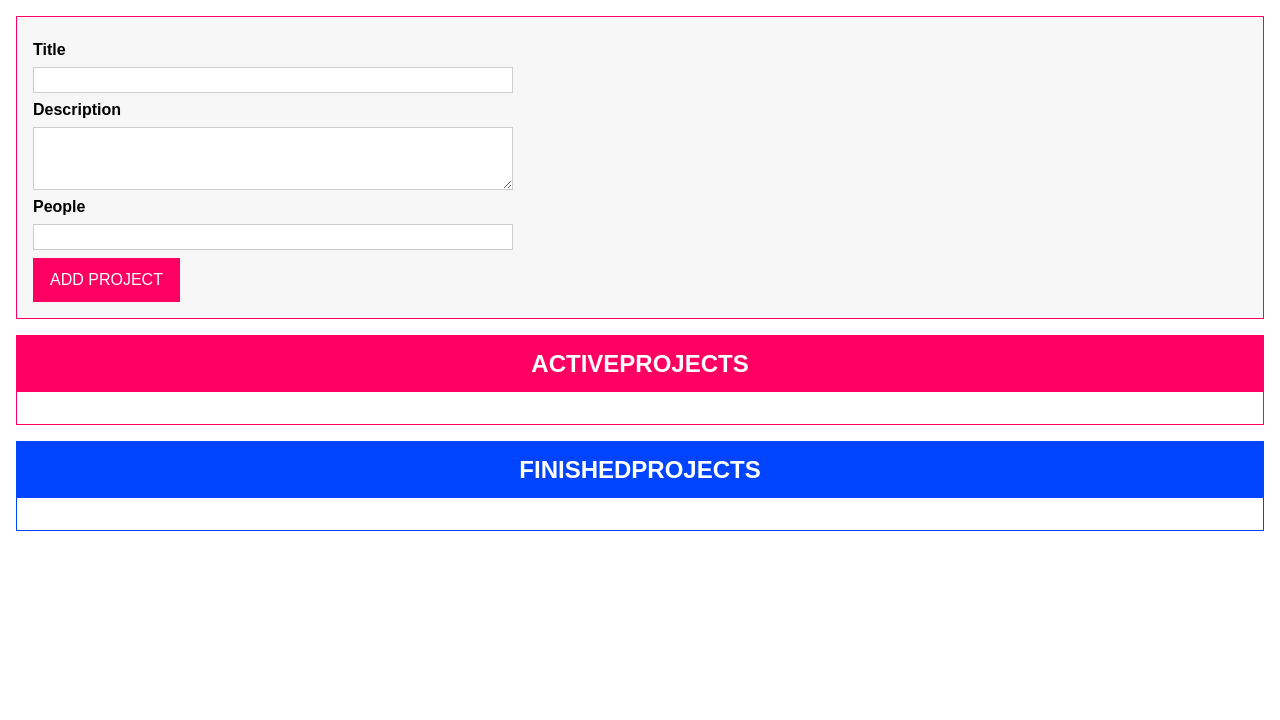
Repository: Mrkewl/drag-drop-UI-TypeScript
Page: /
The author's editor kept a copy of each file at every save. The page is drawn from the files as they stood at one save, then again after a run of saves.
The browser window is 1280 px wide. The pictures show the whole page.
The project was rebuilt for these pictures with package versions that can differ from the ones it lists, and the page was loaded fresh each time. Also part of the build but not shown: webpack.config.js.

Above is the page before, as saved 2022-05-04 19:55:27.

### index.html
<!DOCTYPE html>
<html lang="en">
  <head>
    <meta charset="UTF-8" />
    <meta name="viewport" content="width=device-width, initial-scale=1.0" />
    <meta http-equiv="X-UA-Compatible" content="ie=edge" />
    <title>ProjectManager</title>
    <link rel="stylesheet" href="app.css" />
    <script src="dist/app.js" defer></script>
  </head>
  <body>
    <template id="project-input">
      <form>
        <div class="form-control">
          <label for="title">Title</label>
          <input type="text" id="title" />
        </div>
        <div class="form-control">
          <label for="description">Description</label>
          <textarea id="description" rows="3"></textarea>
        </div>
        <div class="form-control">
          <label for="people">People</label>
          <input type="number" id="people" step="1" min="0" max="10" />
        </div>
        <button type="submit">ADD PROJECT</button>
      </form>
    </template>
    <template id="single-project">
      <li></li>
    </template>
    <template id="project-list">
      <section class="projects">
        <header>
          <h2></h2>
        </header>
        <ul></ul>
      </section>
    </template>
    <div id="app"></div>
  </body>
</html>

### src/app.ts
enum ProjectStatus {
  Active,
  Finished,
}

class Project {
  constructor(
    public id: string,
    public title: string,
    public description: string,
    public people: number,
    public status: ProjectStatus
  ) {}
}

type Listener = (items: Project[]) => void;

class ProjectState {
  private listeners: Listener[] = [];
  private projects: Project[] = [];
  private static instance: ProjectState;
  private constructor() {}
  static getInstance() {
    if (this.instance) {
      return this.instance;
    }
    this.instance = new ProjectState();
    return this.instance;
  }

  addListener(listenerFn: Listener) {
    this.listeners.push(listenerFn);
  }

  addProject(title: string, description: string, numOfPeople: number) {
    const newProject = new Project(
      Math.random().toString(),
      title,
      description,
      numOfPeople,
      ProjectStatus.Active
    );
    this.projects.push(newProject);
    for (const listenerFn of this.listeners) {
      listenerFn(this.projects.slice());
    }
  }
}

const projectState = ProjectState.getInstance();

interface Validatable {
  value: string | number;
  required?: boolean;
  minLength?: number;
  maxLength?: number;
  min?: number;
  max?: number;
}

function validate(validatableInput: Validatable) {
  let isValid = true;
  if (validatableInput.required) {
    isValid = isValid && validatableInput.value.toString().trim().length !== 0;
  }
  if (
    validatableInput.minLength != null &&
    typeof validatableInput.value === "string"
  ) {
    isValid =
      isValid && validatableInput.value.length >= validatableInput.minLength;
  }
  if (
    validatableInput.maxLength != null &&
    typeof validatableInput.value === "string"
  ) {
    isValid =
      isValid && validatableInput.value.length <= validatableInput.maxLength;
  }
  if (
    validatableInput.min != null &&
    typeof validatableInput.value === "number"
  ) {
    isValid = isValid && validatableInput.value >= validatableInput.min;
  }
  if (
    validatableInput.max != null &&
    typeof validatableInput.value === "number"
  ) {
    isValid = isValid && validatableInput.value >= validatableInput.max;
  }
  return isValid;
}

function Autobind(_: any, _2: string | Symbol, descriptor: PropertyDescriptor) {
  const originalMethod = descriptor.value;
  const adjDescriptor: PropertyDescriptor = {
    configurable: true,
    enumerable: false,
    get() {
      const boundFn = originalMethod.bind(this);
      return boundFn;
    },
  };
  return adjDescriptor;
}
abstract class Component<T extends HTMLElement, U extends HTMLElement> {
  templateElement: HTMLTemplateElement;
  hostElement: T;
  element: U;
  constructor(
    templateId: string,
    hostElementId: string,
    insertAtStart: boolean,
    newElementId?: string
  ) {
    this.templateElement = (<HTMLTemplateElement>(
      document.getElementById(templateId)!
    ))! as HTMLTemplateElement;
    this.hostElement = document.getElementById(hostElementId)! as T;
    const importedNode = document.importNode(
      this.templateElement.content,
      true
    );
    this.element = importedNode.firstElementChild as U;
    if (newElementId) {
      this.element.id = newElementId;
    }
    this.attach(insertAtStart);
  }

  private attach(insertAtBeginning: boolean) {
    this.hostElement.insertAdjacentElement(
      insertAtBeginning ? "afterbegin" : "beforeend",
      this.element
    );
  }

  abstract configure(): void;
  abstract renderContent(): void;
}

class ProjectList extends Component<HTMLDivElement, HTMLElement> {
  assignedProjects: Project[];
  constructor(private type: "active" | "finished") {
    super("project-list", "app", false, `${type}-projects`);

    this.assignedProjects = [];
    this.configure();
    this.renderContent();
  }

  private renderProjects() {
    const listEl = document.getElementById(
      `${this.type}-projects-list`
    )! as HTMLUListElement;
    listEl.innerHTML = "";
    for (const prjItem of this.assignedProjects) {
      const listItem = document.createElement("li");
      listItem.textContent = prjItem.title;
      listEl.appendChild(listItem);
    }
  }

  configure(): void {
    projectState.addListener((projects: Project[]) => {
      const relevantProjects = projects.filter((prj) => {
        if (this.type === "active") {
          return prj.status == ProjectStatus.Active;
        }
        return prj.status == ProjectStatus.Finished;
      });
      this.assignedProjects = relevantProjects;
      this.renderProjects();
    });
}
  renderContent() {
    const listId = `${this.type}-projects-list`;
    this.element.querySelector("ul")!.id = listId;
    this.element.querySelector("h2")!.textContent =
      this.type.toUpperCase() + "PROJECTS";
  }
}

class ProjectInput {
  templateElement: HTMLTemplateElement;
  hostElement: HTMLDivElement;
  element: HTMLFormElement;

  titleInputElement: HTMLInputElement;
  descriptionInputElement: HTMLInputElement;
  peopleInputElement: HTMLInputElement;

  constructor() {
    this.templateElement = (<HTMLTemplateElement>(
      document.getElementById("project-input")!
    )) as HTMLTemplateElement;
    this.hostElement = document.getElementById("app")! as HTMLDivElement;

    const importedNode = document.importNode(
      this.templateElement.content,
      true
    );
    this.element = importedNode.firstElementChild as HTMLFormElement;
    this.element.id = "user-input";
    this.titleInputElement = this.element.querySelector(
      "#title"
    ) as HTMLInputElement;
    this.descriptionInputElement = this.element.querySelector(
      "#description"
    ) as HTMLInputElement;
    this.peopleInputElement = this.element.querySelector(
      "#people"
    ) as HTMLInputElement;
    this.configure();
    this.attach();
  }

  private gatherUserInput(): [string, string, number] | void {
    const enteredTitle = this.titleInputElement.value;
    const enteredDescription = this.descriptionInputElement.value;
    const enteredPeople = this.peopleInputElement.value;

    const titleValidatable: Validatable = {
      value: enteredTitle,
      required: true,
    };
    const descriptionValidatable: Validatable = {
      value: enteredDescription,
      required: true,
      minLength: 5,
    };
    const peopleValidatable: Validatable = {
      value: +enteredPeople,
      required: true,
      min: 1,
      max: 5,
    };
    if (
      !validate(titleValidatable) ||
      !validate(descriptionValidatable) ||
      !validate(peopleValidatable)
    ) {
      alert("Invalid input, please try again!");
      return;
    } else {
      return [enteredTitle, enteredDescription, +enteredPeople];
    }
  }
  private clearInputs() {
    this.titleInputElement.value = "";
    this.descriptionInputElement.value = "";
    this.peopleInputElement.value = "";
  }

  @Autobind
  private submitHandler(event: Event) {
    event.preventDefault();
    const userInput = this.gatherUserInput();
    if (Array.isArray(userInput)) {
      const [title, desc, people] = userInput;
      console.log(title, desc, people);
      projectState.addProject(title, desc, people);
      this.clearInputs();
    }
    console.log(this.titleInputElement.value);
  }

  private configure() {
    this.element.addEventListener("submit", this.submitHandler);
  }

  private attach() {
    this.hostElement.insertAdjacentElement("afterbegin", this.element);
  }
}

const prjInput = new ProjectInput();
const activeProjectList = new ProjectList("active");
const inactiveProjectList = new ProjectList("finished");

### app.css
* {
  box-sizing: border-box;
}

html {
  font-family: sans-serif;
}

body {
  margin: 0;
}

label,
input,
textarea {
  display: block;
  margin: 0.5rem 0;
}

label {
  font-weight: bold;
}

input,
textarea {
  font: inherit;
  padding: 0.2rem 0.4rem;
  width: 100%;
  max-width: 30rem;
  border: 1px solid #ccc;
}

input:focus,
textarea:focus {
  outline: none;
  background: #fff5f9;
}

button {
  font: inherit;
  background: #ff0062;
  border: 1px solid #ff0062;
  cursor: pointer;
  color: white;
  padding: 0.75rem 1rem;
}

button:focus {
  outline: none;
}

button:hover,
button:active {
  background: #a80041;
  border-color: #a80041;
}

.projects {
  margin: 1rem;
  border: 1px solid #ff0062;
}

.projects header {
  background: #ff0062;
  height: 3.5rem;
  display: flex;
  justify-content: center;
  align-items: center;
}

#finished-projects {
  border-color: #0044ff;
}

#finished-projects header {
  background: #0044ff;
}

.projects h2 {
  margin: 0;
  color: white;
}

.projects ul {
  list-style: none;
  margin: 0;
  padding: 1rem;
}

.projects li {
  box-shadow: 1px 1px 8px rgba(0, 0, 0, 0.26);
  padding: 1rem;
  margin: 1rem;
}

.projects li h2 {
  color: #ff0062;
  margin: 0.5rem 0;
}

#finished-projects li h2 {
  color: #0044ff;
}

.projects li h3 {
  color: #575757;
  font-size: 1rem;
}

.project li p {
  margin: 0;
}

.droppable {
  background: #ffe3ee;
}

#finished-projects .droppable {
  background: #d6e1ff;
}

#user-input {
  margin: 1rem;
  padding: 1rem;
  border: 1px solid #ff0062;
  background: #f7f7f7;
}

After the next 2 saves:
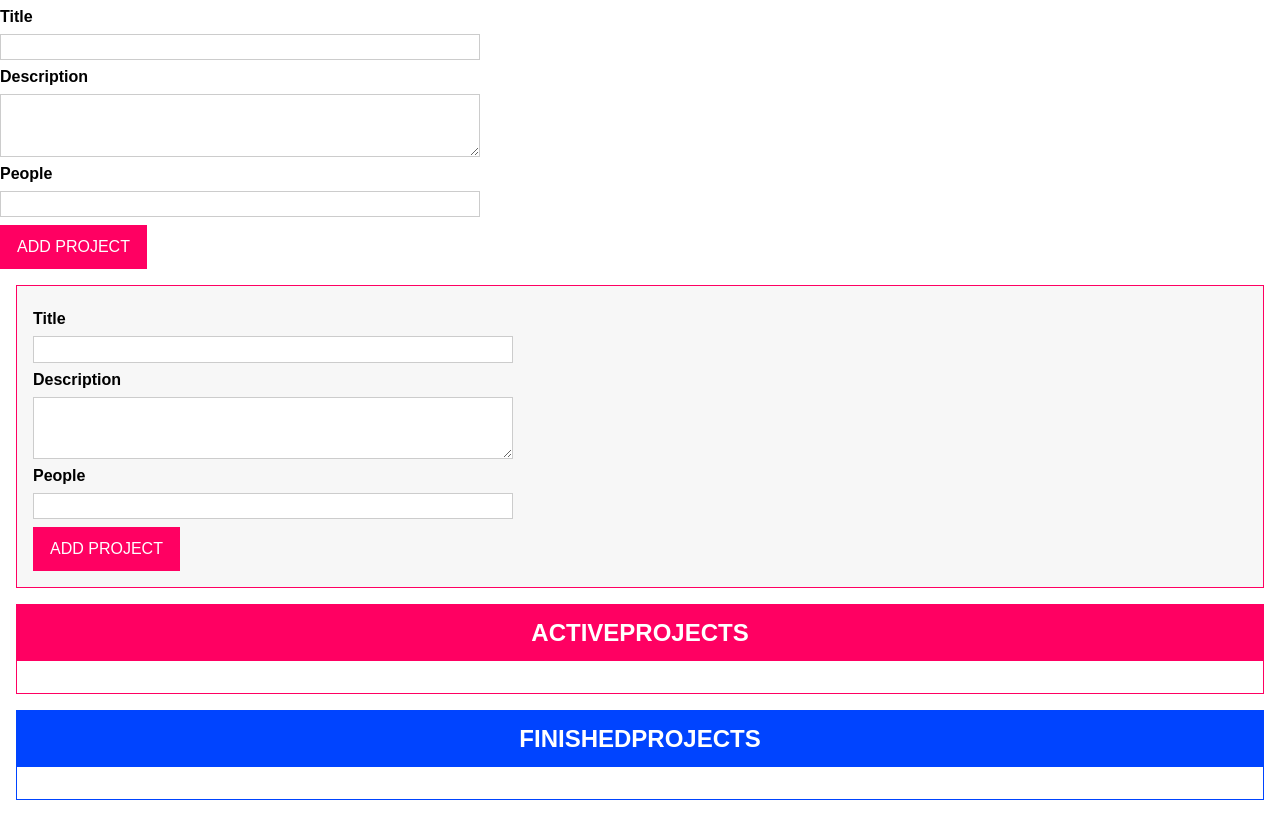
The 2 saves are shown as one change because 1 did not build or start.
The last was saved 2 min 0 s later.
--- a/src/app.ts
+++ b/src/app.ts
@@ -173,7 +173,7 @@
       this.assignedProjects = relevantProjects;
       this.renderProjects();
     });
-}
+  }
   renderContent() {
     const listId = `${this.type}-projects-list`;
     this.element.querySelector("ul")!.id = listId;
@@ -182,27 +182,19 @@
   }
 }
 
-class ProjectInput {
-  templateElement: HTMLTemplateElement;
-  hostElement: HTMLDivElement;
-  element: HTMLFormElement;
-
+class ProjectInput extends Component<HTMLDivElement, HTMLFormElement> {
   titleInputElement: HTMLInputElement;
   descriptionInputElement: HTMLInputElement;
   peopleInputElement: HTMLInputElement;
 
   constructor() {
-    this.templateElement = (<HTMLTemplateElement>(
-      document.getElementById("project-input")!
-    )) as HTMLTemplateElement;
-    this.hostElement = document.getElementById("app")! as HTMLDivElement;
+    super("project-input", "app", false, "user-input");
 
     const importedNode = document.importNode(
       this.templateElement.content,
       true
     );
     this.element = importedNode.firstElementChild as HTMLFormElement;
-    this.element.id = "user-input";
     this.titleInputElement = this.element.querySelector(
       "#title"
     ) as HTMLInputElement;

After the 2 saves that followed:
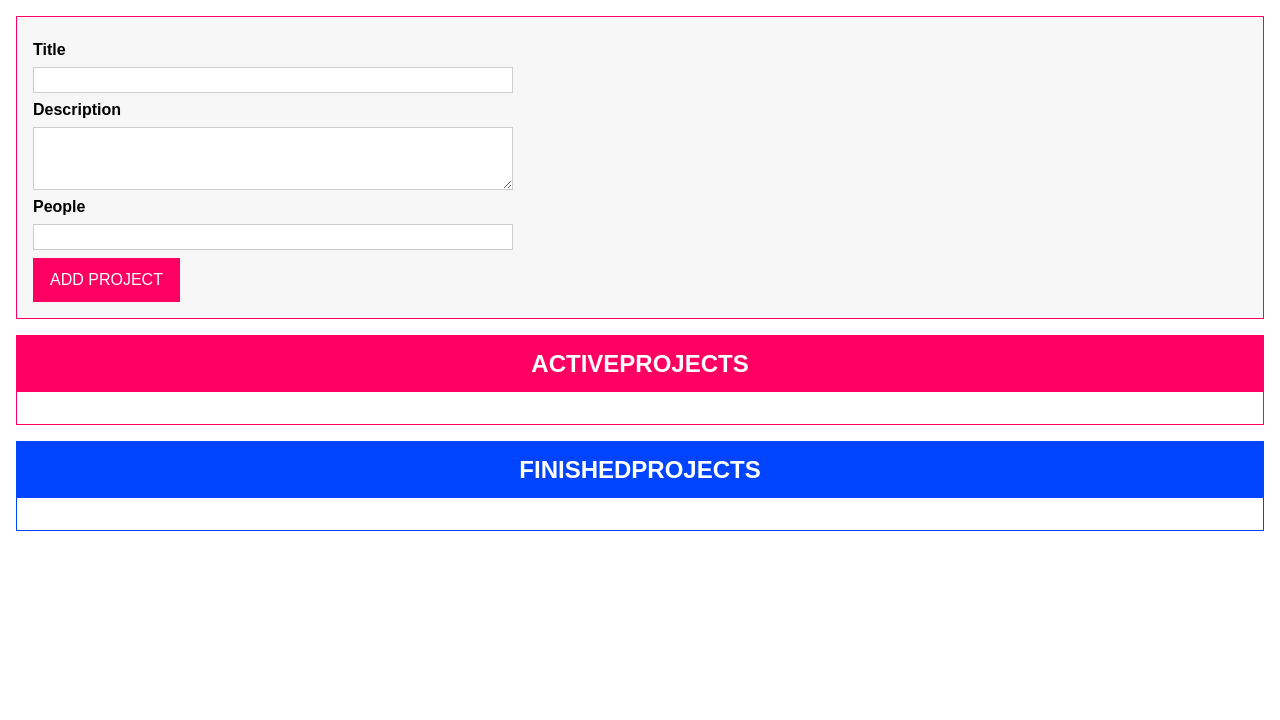
The 2 saves are shown as one change because 1 left the picture as it was.
The last was saved 39 s later.
--- a/src/app.ts
+++ b/src/app.ts
@@ -188,13 +188,9 @@
   peopleInputElement: HTMLInputElement;
 
   constructor() {
-    super("project-input", "app", false, "user-input");
-
-    const importedNode = document.importNode(
-      this.templateElement.content,
-      true
-    );
-    this.element = importedNode.firstElementChild as HTMLFormElement;
+    super("project-input", "app", true, "user-input");
+
+
     this.titleInputElement = this.element.querySelector(
       "#title"
     ) as HTMLInputElement;
